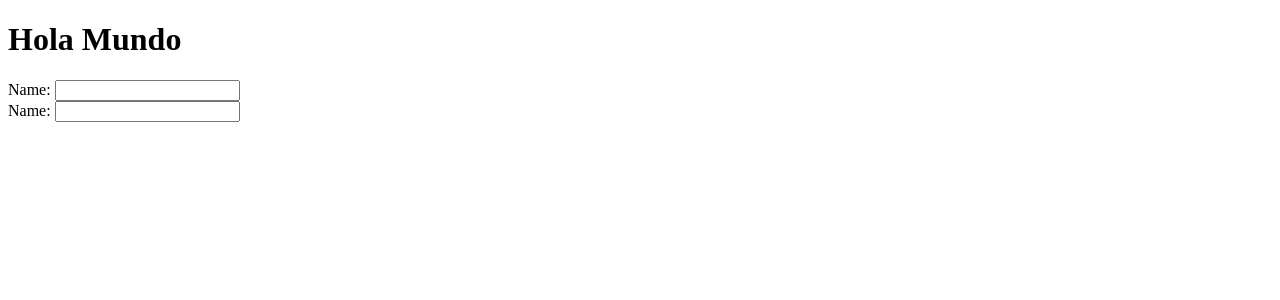
Repository: SanalbuDev1/JavaEE_PL
Page: http://localhost/HolaMundo/
An editor plug-in stored every save of this project. The page is shown before and after the next save, followed by the edit.
The browser window is 1280 px wide. The pictures show the whole page.
The page is served by Tomcat 9. Other server files are loaded and not shown.

Above is the page before, as saved 2020-07-17 23:51:43.

### HolaMundo/WebContent/index.jsp
<%@ page language="java" contentType="text/html; charset=ISO-8859-1"
	pageEncoding="ISO-8859-1"%>
<!DOCTYPE html PUBLIC "-//W3C//DTD HTML 4.01 Transitional//EN" "http://www.w3.org/TR/html4/loose.dtd">
<html>
<head>
<meta http-equiv="Content-Type" content="text/html; charset=ISO-8859-1">
<title>Insert title here</title>
</head>
<body>
	<h1>Hola Mundo</h1>

	<form action="login" method="post">
		<label>Name:</label> <input type="text" name="name"> <br>
		<label>Name:</label> <input type="text" name="name">

	</form>
</body>
</html>

After the next save:
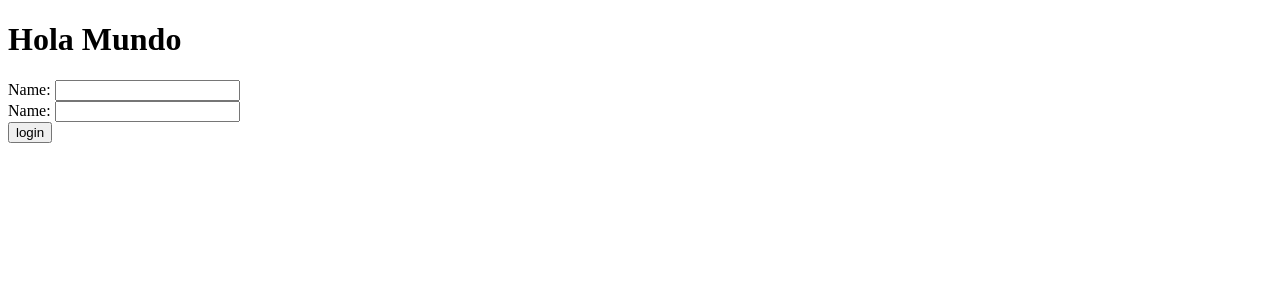
Saved 35 s later.
--- a/HolaMundo/WebContent/index.jsp
+++ b/HolaMundo/WebContent/index.jsp
@@ -11,7 +11,8 @@
 
 	<form action="login" method="post">
 		<label>Name:</label> <input type="text" name="name"> <br>
-		<label>Name:</label> <input type="text" name="name">
+		<label>Name:</label> <input type="password" name="password"> <br>
+		<input type="submit" value="login">
 
 	</form>
 </body>
